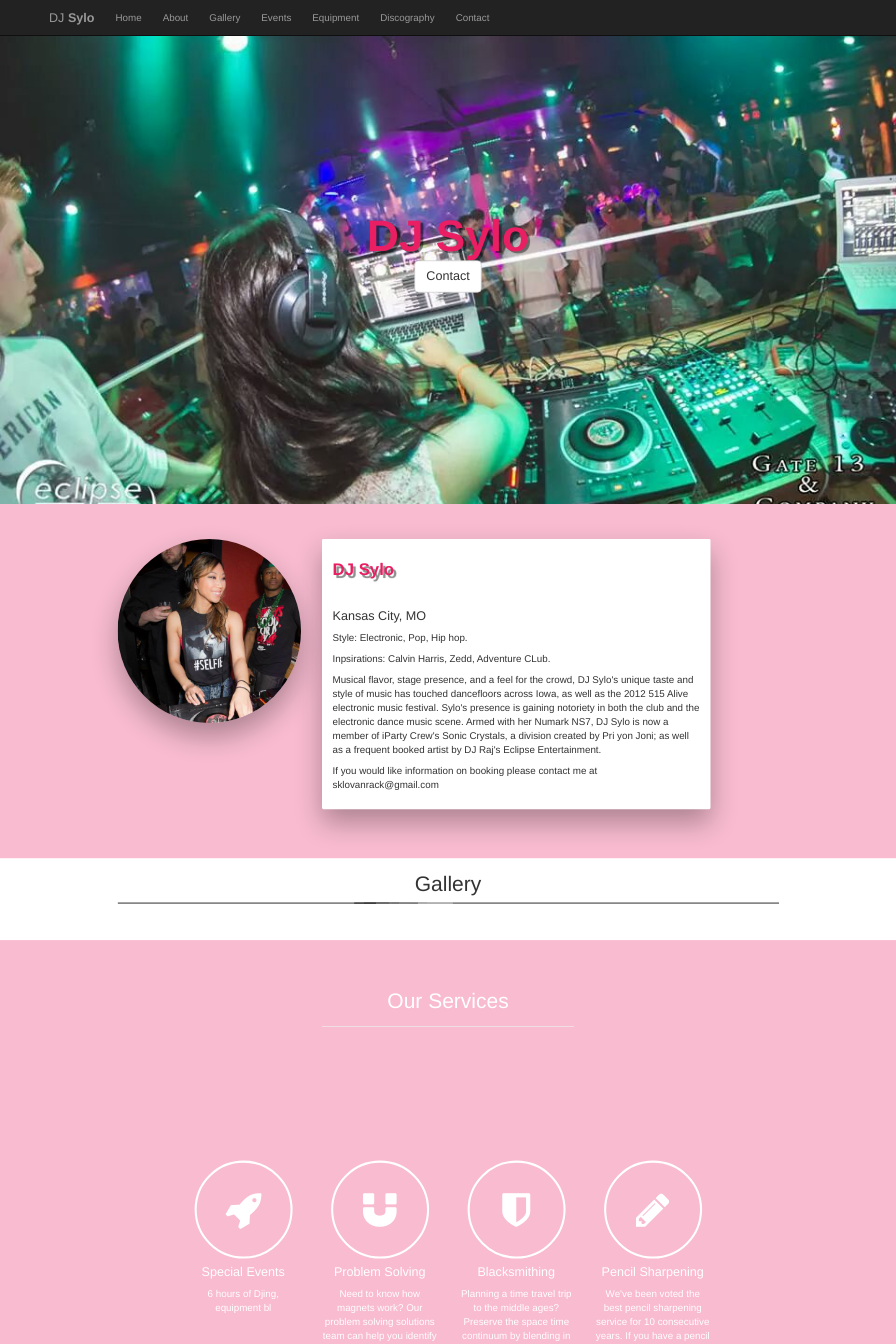
Repository: BambooXLotus/DjSylo
Page: client/index.html
The author's editor kept a record of every edit. The page is drawn from the files as they stood at one moment, then again after the next edit.
The browser window is 1280 px wide. The pictures show the part of the page from y = 0 to 1920 px (the page is 4269 px tall), at 70% of full size.
Pictures or frames that could not be fetched are drawn as grey boxes. Some icons come from a web library that is not loaded, so they are not drawn. Backgrounds fixed to the window are drawn as part of the page. Some web libraries are served in a nearby version.

Above is the page before.

After the next edit:
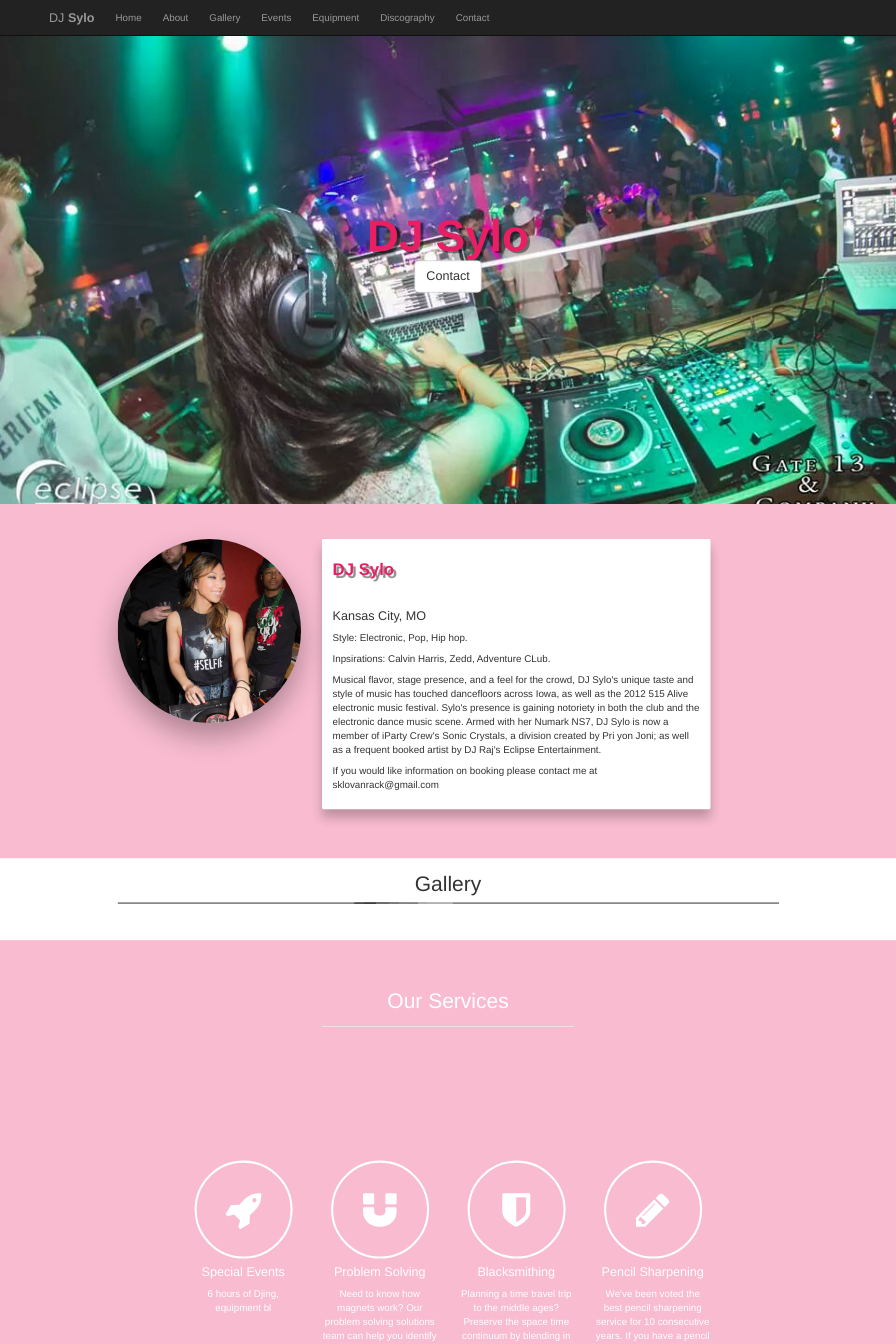
The edit:
--- a/client/css/stylish-portfolio.css
+++ b/client/css/stylish-portfolio.css
@@ -276,5 +276,5 @@
       display: inline-block;
       vertical-align: top;
       background-color: #fff;
-      box-shadow: 0 19px 38px rgba(0,0,0,0.30);
+      box-shadow: 0 12px 15px 0 rgba(0, 0, 0, 0.24);
     }
